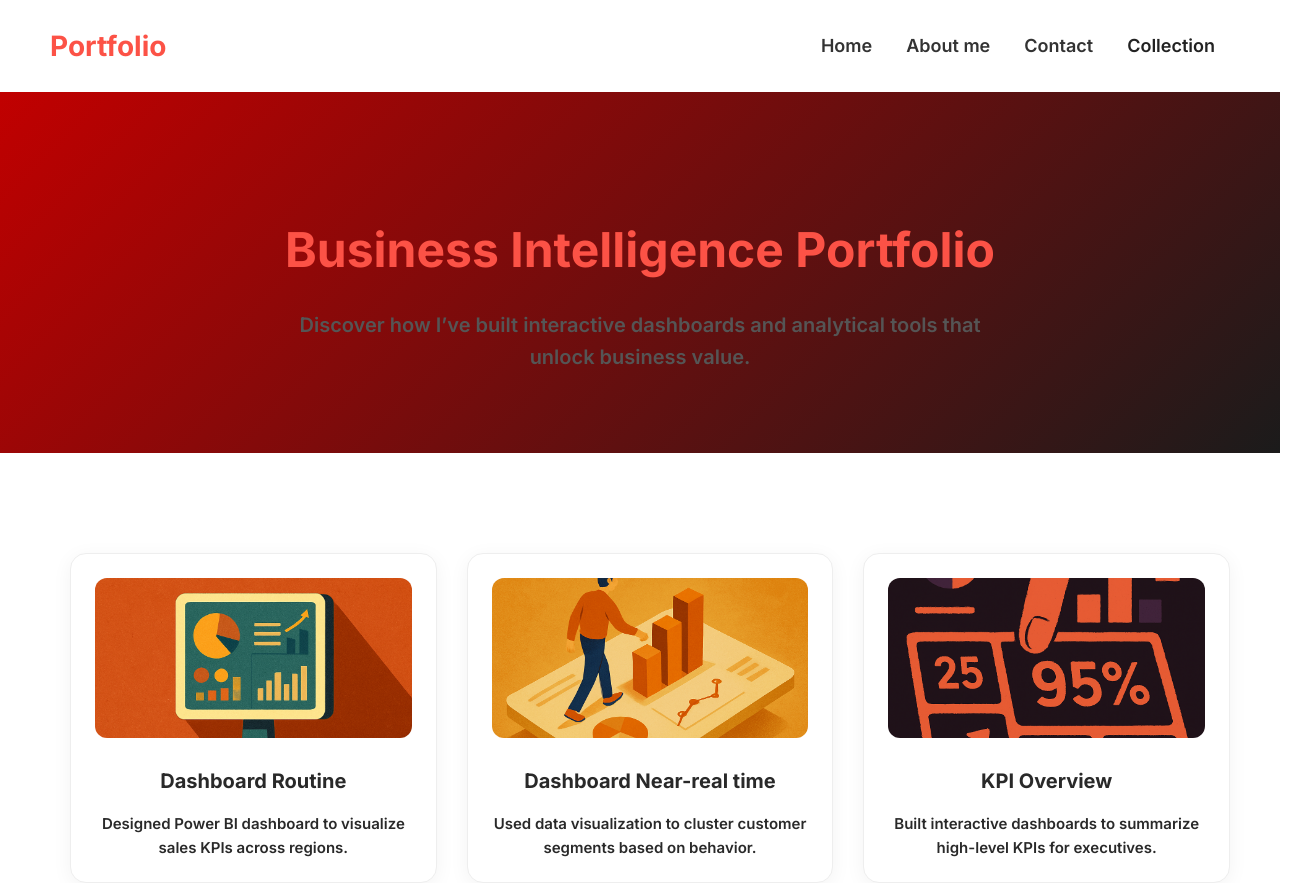
Repository: Wipas1919/Archive-portfolio
Page: projects/bi-solutions.html
An editor plug-in stored every save of this project. The page is shown before and after the next save, followed by the edit.
The browser window is 1280 px wide. The page is 1300 px wide, so the pictures cover 1300 px, including what lies to the right of the window. The pictures show the whole page.

Above is the page before, as saved 2025-06-01 20:58:58.

After the next save:
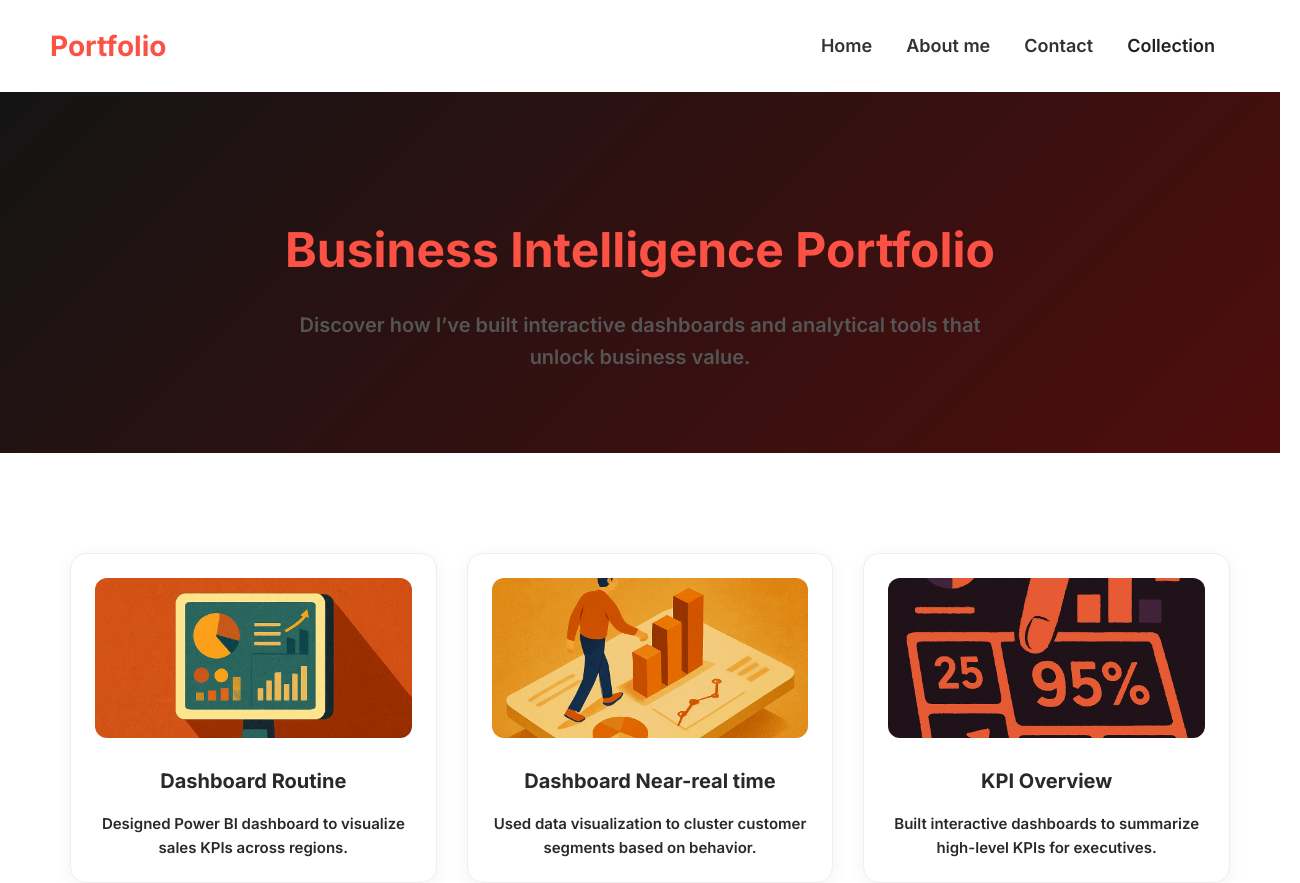
Saved 14 s later.
--- a/projects/bi-solutions.html
+++ b/projects/bi-solutions.html
@@ -12,7 +12,7 @@
       font-family: 'Inter', sans-serif;
     }
     .cover {
-      background: linear-gradient(135deg, #c10000, #1b1b1b);
+      background: linear-gradient(135deg, #141414, #4f0d0d);
       padding: 80px 20px;
       text-align: center;
     }
